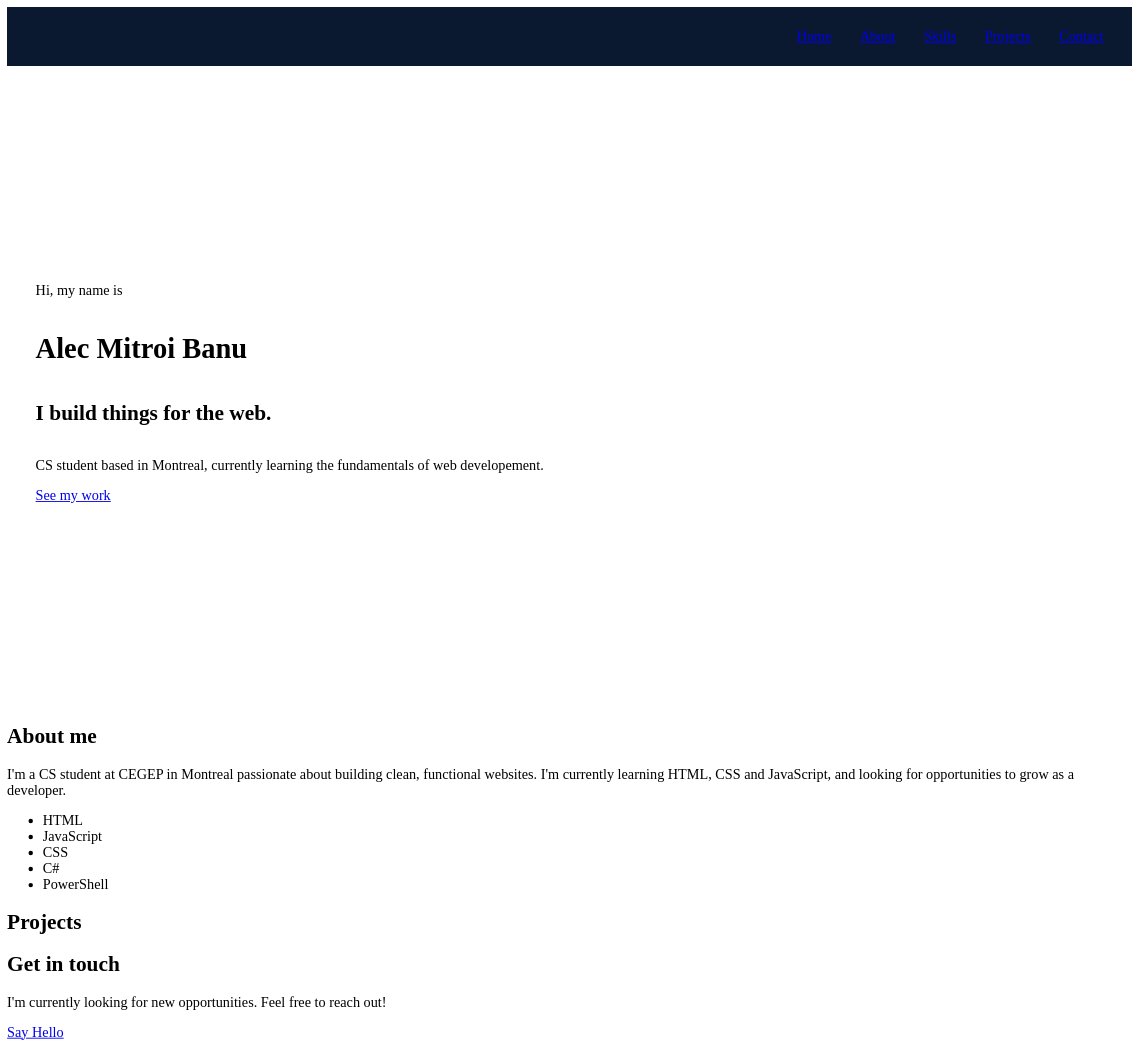
Repository: Alec-Banu/Alec-Banu
Page: index.html
An editor plug-in stored every save of this project. The page is shown before and after the next save, followed by the edit.
The browser window is 1280 px wide. The pictures show the whole page, at 89% of full size.

Above is the page before, as saved 2026-04-22 13:18:08.

After the next save:
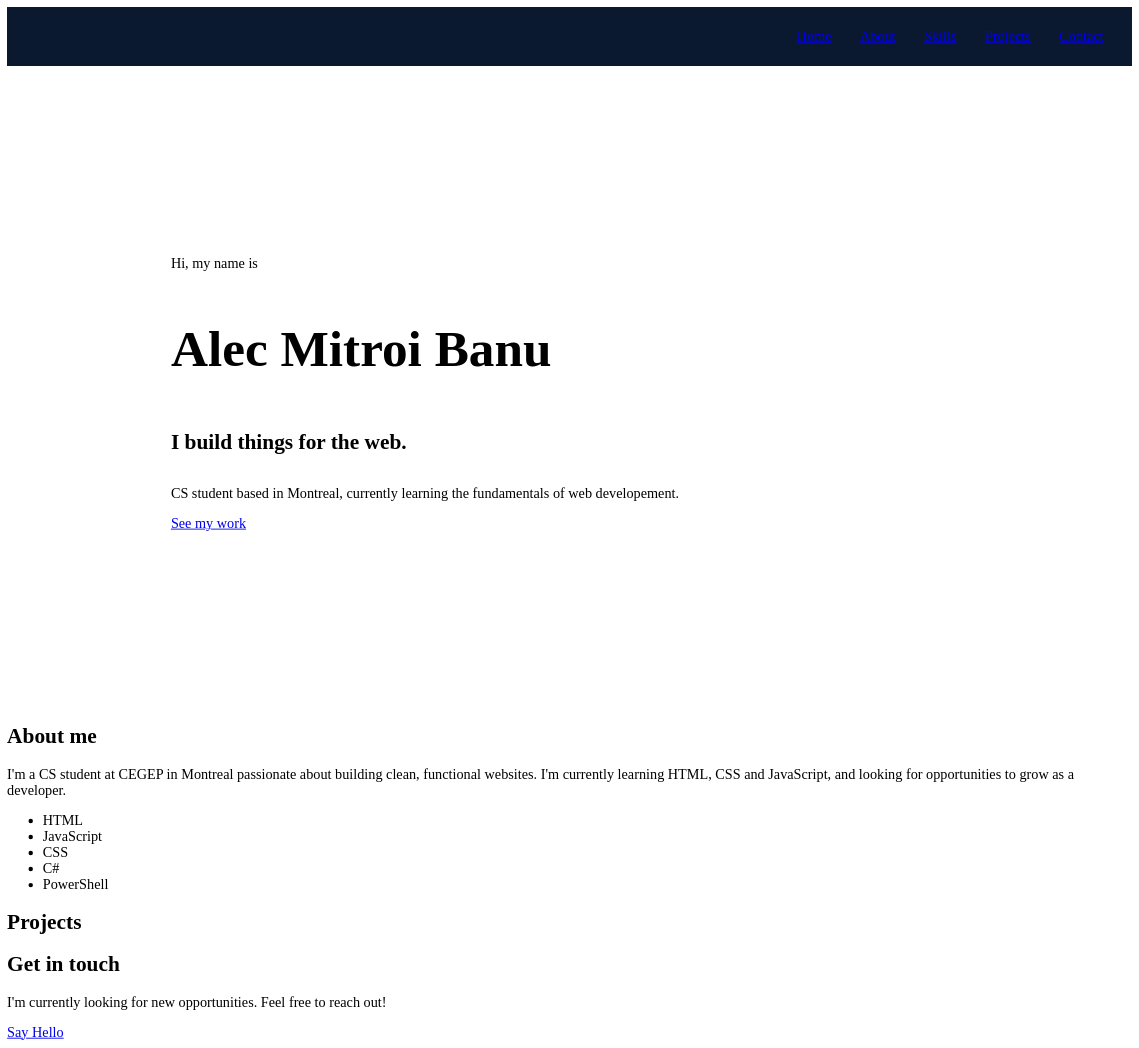
Saved 4 min 47 s later.
--- a/styles/index.css
+++ b/styles/index.css
@@ -14,5 +14,11 @@ nav {
     flex-direction: column;
     justify-content: center;
     padding: 0 2rem;
-    max-width: ;
+    max-width: 56rem;
+    margin: 0 auto;
 }
+
+#hero h1 {
+    font-size: clamp(2rem, 8vh, 5rem);
+
+}
